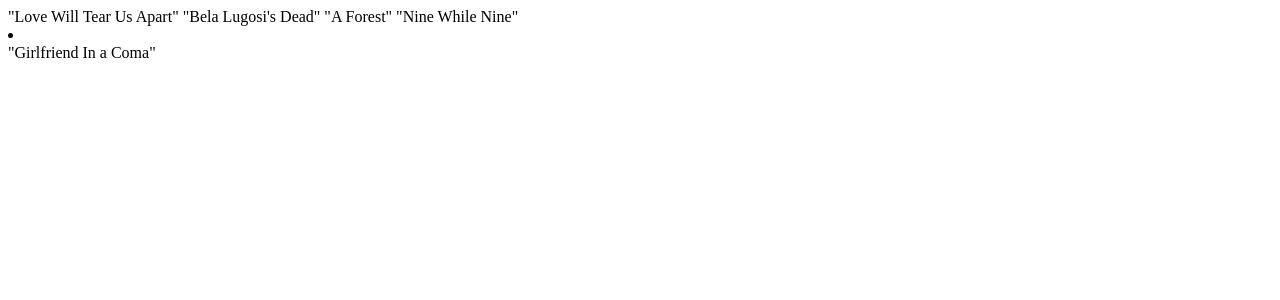
Repository: RonnieL2005/ginger
Page: my_list.html
The author's editor kept a copy of each file at every save. The page is drawn from the files as they stood at one save, then again after the next save.
The browser window is 1280 px wide. The pictures show the whole page.

Above is the page before, as saved 2023-12-05 09:26:10.

### my_list.html
"Love Will Tear Us Apart"
"Bela Lugosi's Dead"
"A Forest"
"Nine While Nine"
<li></li>"Girlfriend In a Coma"

After the next save:
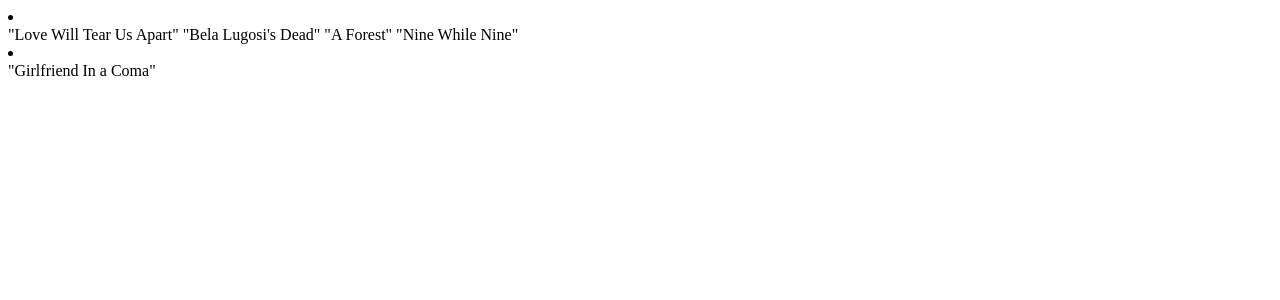
Saved 16 s later.
--- a/my_list.html
+++ b/my_list.html
@@ -1,4 +1,4 @@
-"Love Will Tear Us Apart"
+<li></li>"Love Will Tear Us Apart"
 "Bela Lugosi's Dead"
 "A Forest"
 "Nine While Nine"
